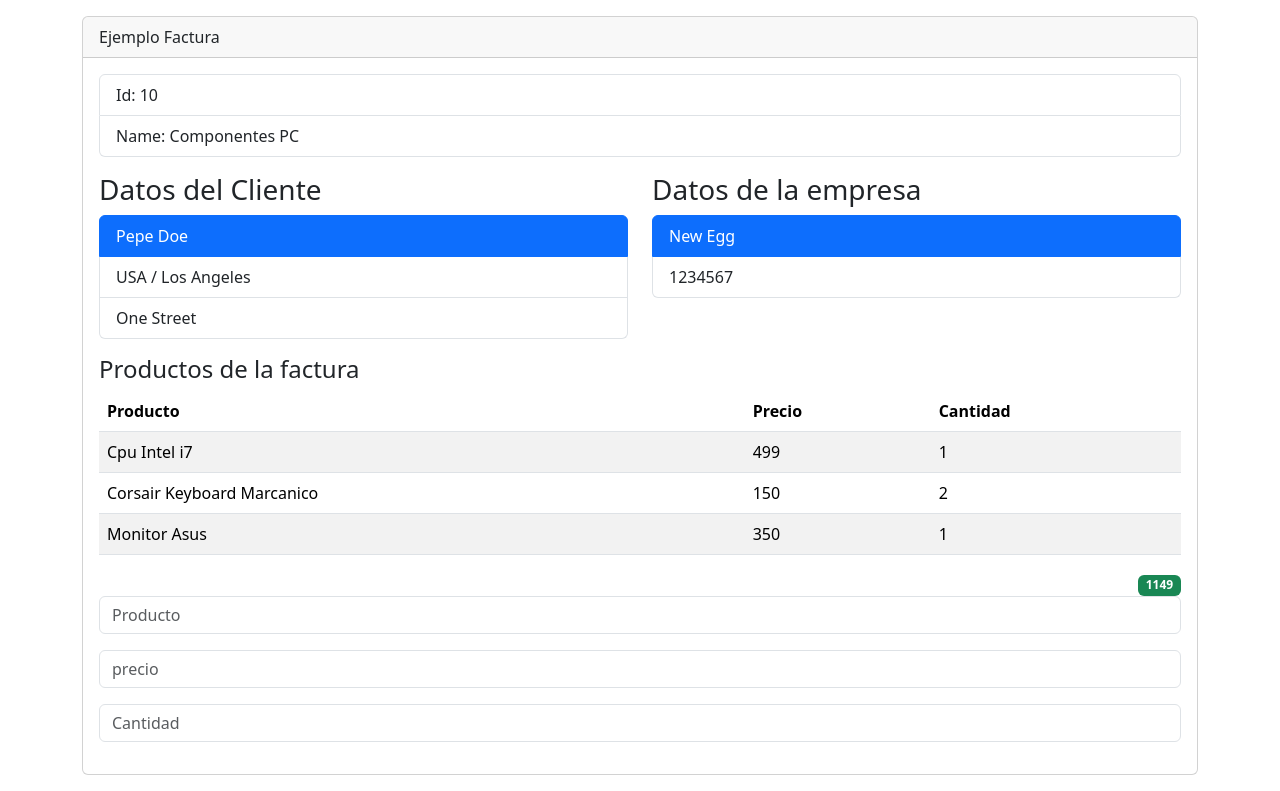
Repository: bryanesteban/4-invoice-app
Page: /
The author's editor kept a copy of each file at every save. The page is drawn from the files as they stood at one save, then again after the next save.
The browser window is 1280 px wide. The pictures show the whole page.
The project was rebuilt for these pictures with package versions that can differ from the ones it lists, and the page was loaded fresh each time. Also part of the build but not shown: vite.config.js.

Above is the page before, as saved 2023-11-13 17:21:41.

After the next save:
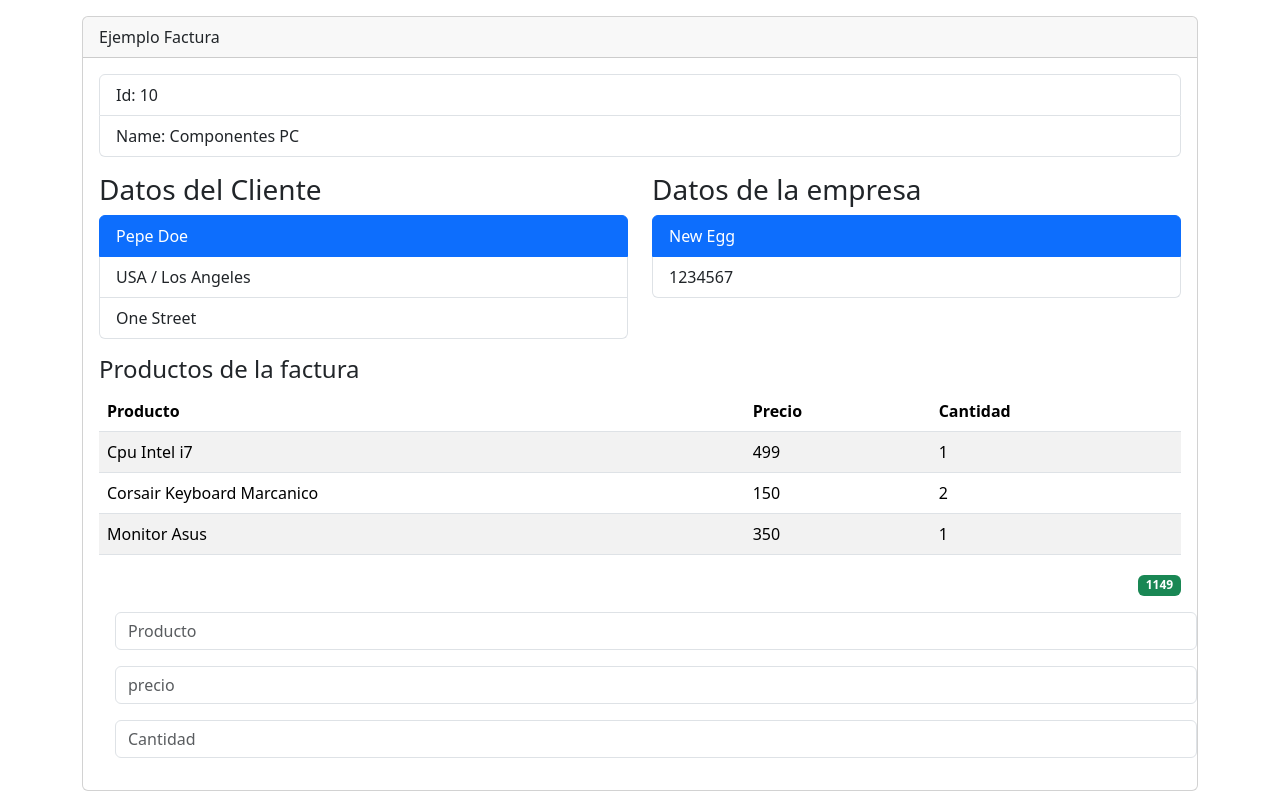
Saved 13 s later.
--- a/src/InvoiceApp.jsx
+++ b/src/InvoiceApp.jsx
@@ -36,15 +36,15 @@ export const InvoiceApp = () =>{
                     <form>
                         <input type="text"
                                name="product"
-                               placeholder="Producto" className="form-control mb-3"/>
+                               placeholder="Producto" className="form-control m-3"/>
 
                         <input type="text"
                                name="price"
-                               placeholder="precio" className="form-control mb-3"/>
+                               placeholder="precio" className="form-control m-3"/>
 
                         <input type="text"
                                name="quantity"
-                               placeholder="Cantidad" className="form-control mb-3"/>
+                               placeholder="Cantidad" className="form-control m-3"/>
                     </form>
                 </div>
             </div>
